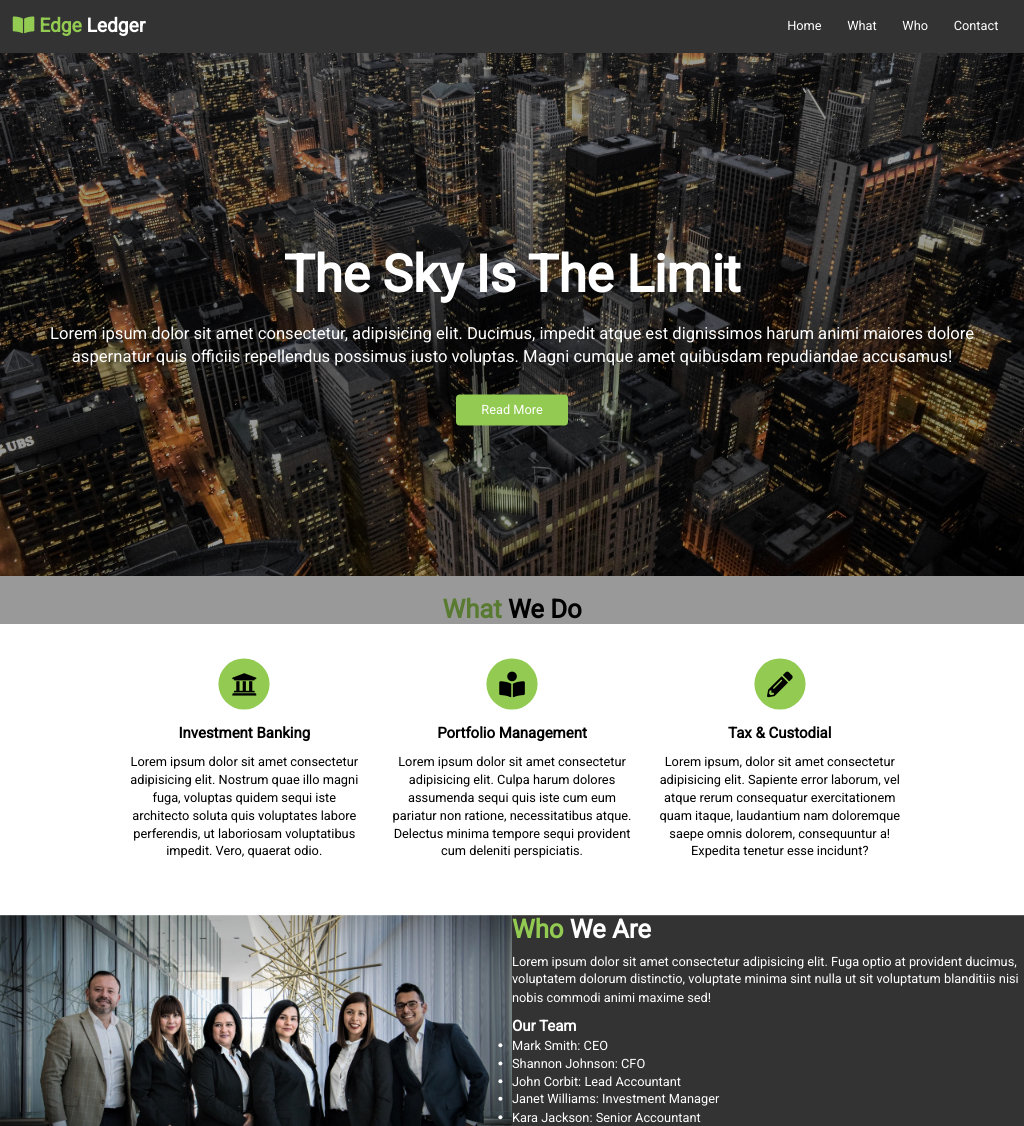
Repository: minhtien9/EdgeLedger-Financial-Web
Page: index.html
These files come from the project's save history. The page is drawn as it stood at one moment and after the next save; the edit follows.
The browser window is 1280 px wide. The pictures show the whole page, at 80% of full size.

Above is the page before, as saved 2021-08-16 22:35:26.

After the next save:
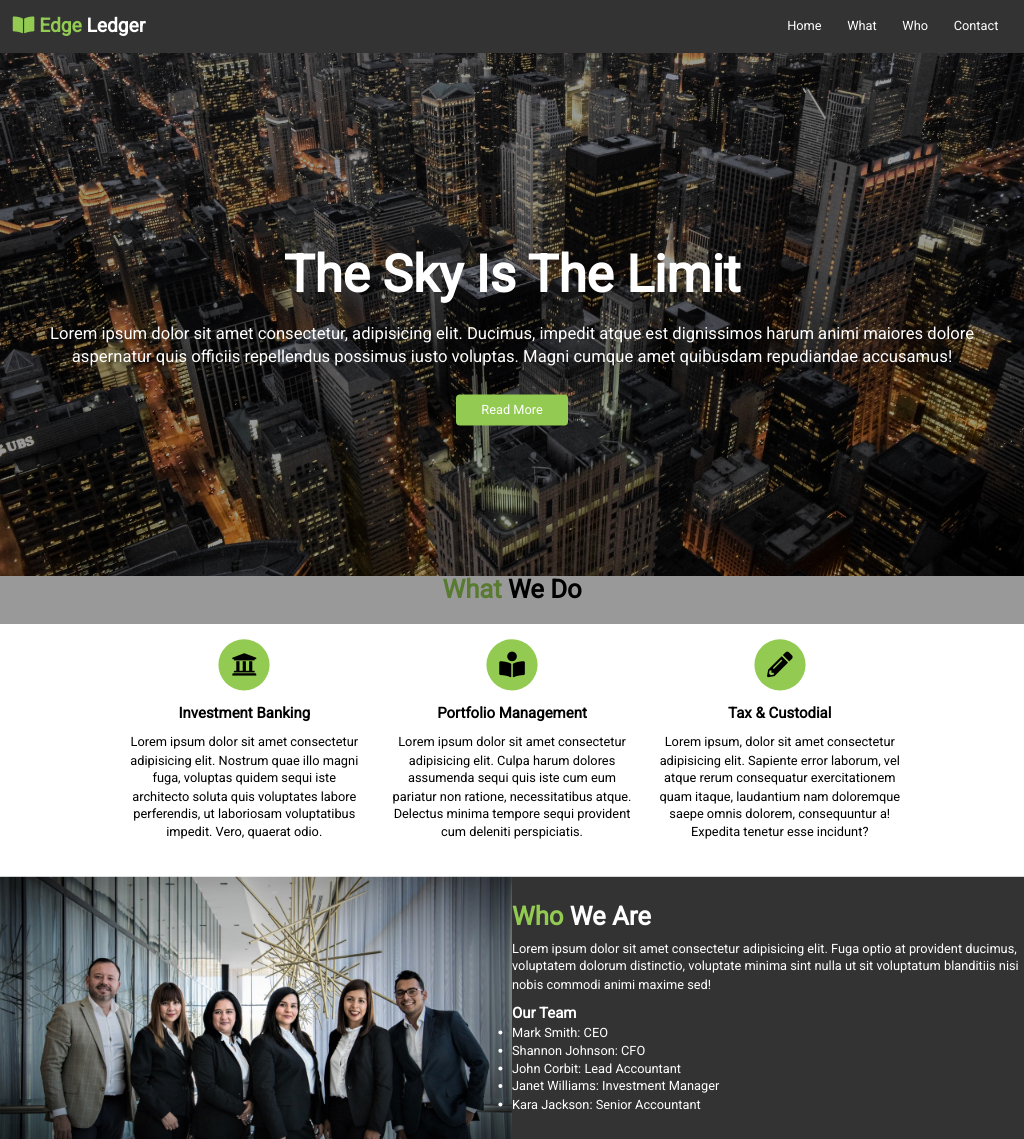
Saved 43 s later.
--- a/css/style.css
+++ b/css/style.css
@@ -63,15 +63,15 @@
     margin-bottom: 2rem;
 }
 
-.py-1 {
+.p-1 {
     padding: 1.5rem 0;
 }
 
-.py-2 {
+.p-2 {
     padding: 2rem 0;
 }
 
-.py-3 {
+.p-3 {
     padding: 3rem 0;
 }
 
